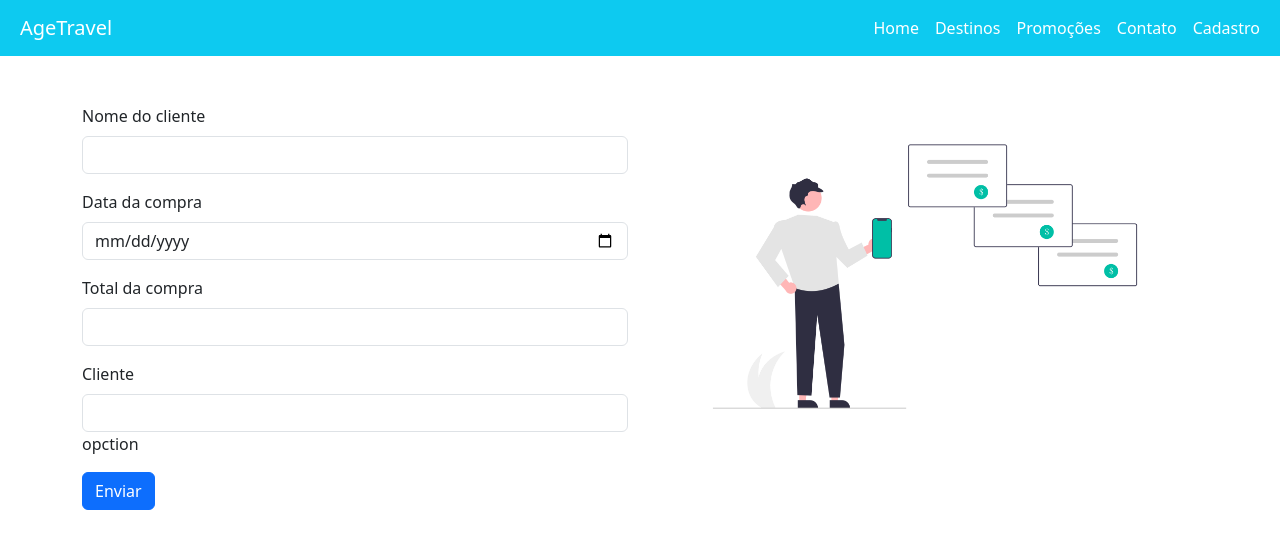
Repository: suyannepereira/modulo5
Page: http://localhost/compras/cadastro
The author's editor kept a copy of each file at every save. The page is drawn from the files as they stood at one save, then again after the next save.
The browser window is 1280 px wide. The pictures show the whole page.
The page is this project's Thymeleaf template; nobody is signed in. The template is opened directly, without the code that normally fills it, so the values that code supplies are empty.

Above is the page before, as saved 2023-12-15 00:34:18.

### mod5/src/main/resources/templates/compras/cadastro.html
<!DOCTYPE html>
<html lang="pt-br">
<head>
    <meta charset="UTF-8">
    <meta name="viewport" content="width=device-width, initial-scale=1.0">
    <link rel="stylesheet" href="assets/css/Style.css" />
    <link rel="stylesheet" href="https://cdn.jsdelivr.net/npm/bootstrap@5.3.2/dist/css/bootstrap.min.css">
    <title>Cadastro</title>
</head>
<body>
    <header>
        <nav class="navbar bg-info navbar-dark navbar-expand-sm sticky-top">
            <div class="container-fluid justify-content-around">
                <a href="index.html" class="navbar-brand d-flex align-items-center">
                    <!-- Ícone do Bootstrap Icons -->
                    <i class="bi bi-airplane-engines fs-4 me-2"></i>AgeTravel
                </a>
                <button class="navbar-toggler" type="button" data-bs-toggle="collapse" data-bs-target="#menuNavbar">
                    <span class="navbar-toggler-icon"></span>
                </button>
                <div class="collapse navbar-collapse" id="menuNavbar">
                    <div class="navbar-nav ms-auto">
                        <a href="index.html" class="nav-link active">Home</a>
                        <a href="destino.html" class="nav-link active">Destinos</a>
                        <a href="promocao.html" class="nav-link active">Promoções</a>
                        <a href="contato.html" class="nav-link active">Contato</a>
                        <a href="cadastro.html" class="nav-link active">Cadastro</a>
                    </div>
                </div>
            </div>
        </nav>
    </header>
    <div class="container mt-5">
        <div class="row">
            <div class="col-md-6">
                <form method="post" th:object="${compra}">
                    <div class="form-group mb-3">
                        <label for="nome" class="form-label"> Nome do cliente </label>
                        <input type="text" class="form-control" id="nome" th:field="*{nome}" required>
                    </div>

                    <div class="form-group mb-3">
                        <label for="data" class="form-label"> Data da compra </label>
                        <input type="date" class="form-control" id="data" th:field="*{data}" required>
                    </div>

                    <div class="form-group mb-3">
                        <label for="total" class="form-label"> Total da compra </label>
                        <input type="text" class="form-control" id="total" th:field="*{total}" required>
                    </div>

                    <div class="form-group mb-3">
                        <label for="cliente" class="form-label"> Cliente </label>
                        <select id="cliente" name="cliente.id" class="form-control"></select>
                        opction
                    </div>

                    <button type="submit" class="btn btn-primary">Enviar</button>
<!--                    <a href="/clientes" class="btn btn-danger" style="margin-left: 10px"> Cancelar </a>-->
                </form>
            </div>
            <div class="col-md-6">
                <img src="image/cadastro.png" class="img-fluid" alt="Imagem de fundo">
            </div>
        </div>
    </div>

    <script
    src="https://cdn.jsdelivr.net/npm/bootstrap@5.3.2/dist/js/bootstrap.bundle.min.js"
    integrity="sha384-C6RzsynM9kWDrMNeT87bh95OGNyZPhcTNXj1NW7RuBCsyN/o0jlpcV8Qyq46cDfL"
    crossorigin="anonymous"
  ></script></body>
</html>

### mod5/src/main/resources/static/css/Style.css
* {
  margin: 0;
  padding: 0;
  border: 0;
}
.sem-preenchimento {
  margin: 0 !important;
  padding: 0 !important;
}
/*form {
  width: 50%;
  height: auto;
  margin: 40px 0;
  border: 5px solid rgb(83, 202, 206);
  padding: 20px;
}*/
.footer-dimensoes {
  width: 100%;
  height: auto;
  bottom: 0;
  margin: 0;
  padding: 0;
}
.titulo-pages {
  font-family: "PT Sans", sans-serif;
  font-family: "Inter", sans-serif;
  font-size: 50px !important;
  font-weight: 700;
}
.form-area{
  padding-top: 20%;
}
.row.single-form{
  box-shadow: 0 2px 20px -5px rgba(0, 0, 0, 5);
}
.left{
  background: blue;
  padding: 200px 98px;
}

After the next save:
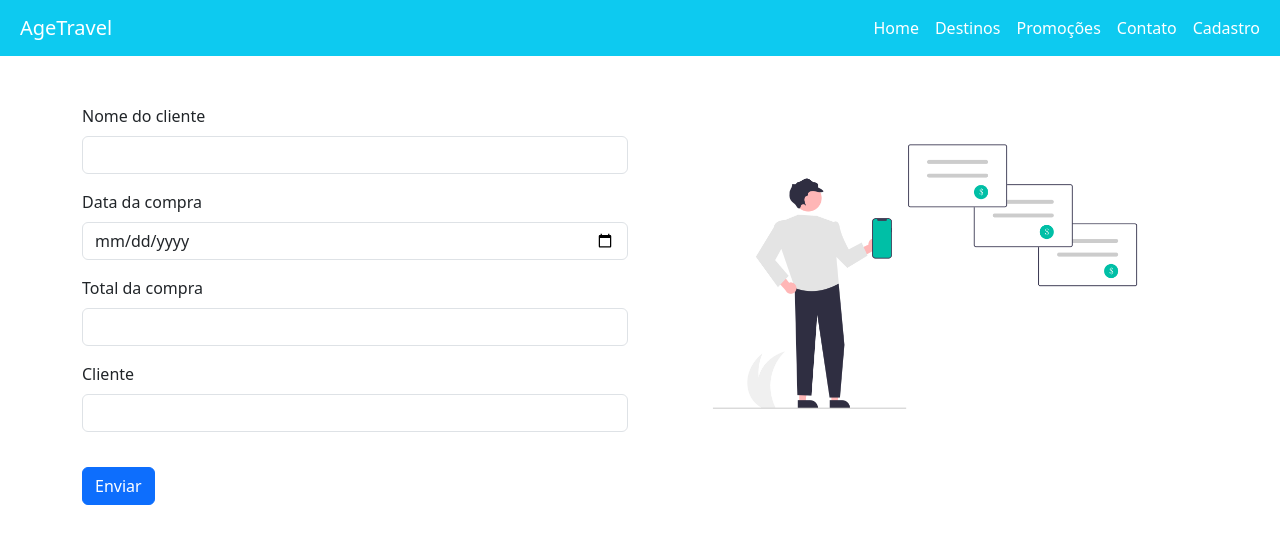
Saved 17 s later.
--- a/mod5/src/main/resources/templates/compras/cadastro.html
+++ b/mod5/src/main/resources/templates/compras/cadastro.html
@@ -52,7 +52,7 @@
                     <div class="form-group mb-3">
                         <label for="cliente" class="form-label"> Cliente </label>
                         <select id="cliente" name="cliente.id" class="form-control"></select>
-                        opction
+                        <option></option>
                     </div>
 
                     <button type="submit" class="btn btn-primary">Enviar</button>
